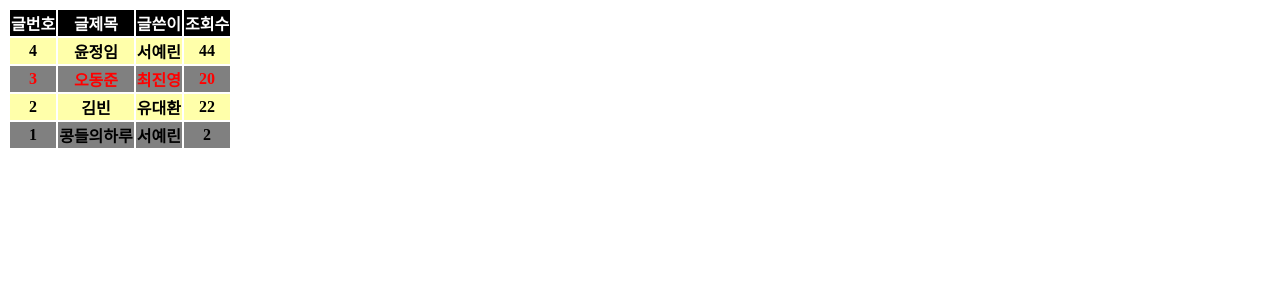
Repository: YERIN0531/SEOYERIN_WEBPRO
Page: gitSource/07_jQuery/jq01/WebContent/06_게시판eq.html
The author's editor kept a copy of each file at every save. The page is drawn from the files as they stood at one save, then again after the next save.
The browser window is 1280 px wide. The pictures show the whole page.

Above is the page before, as saved 2022-06-21 01:56:15.

### gitSource/07_jQuery/jq01/WebContent/06_게시판eq.html
<!DOCTYPE html>
<html>
<head>
<meta charset="utf-8">
<title>Insert title here</title>
<script src="https://code.jquery.com/jquery-3.6.0.min.js"></script>
<script>
 $(document).ready(function(){
	 $('tr:even').css('background-color','gray'); //0번째부터 시작 //even : 짝수번째
	 $('tr:odd').css('backgroundColor','#FFFFAA'); //odd 홀수번쨰
	 $('tr:nth-child(3n)').css('color','red'); //1부터 시작
	 $('tr:eq(0)').css('background-color','black').css('color','white');
 });
</script>
</head>
<body>
	<table>
		<tr><th>글번호</th><th>글제목</th><th>글쓴이</th><th>조회수</th></tr>
		<tr><th>4</th><th>윤정임</th><th>서예린</th><th>44</th></tr>
		<tr><th>3</th><th>오동준</th><th>최진영</th><th>20</th></tr>
		<tr><th>2</th><th>김빈</th><th>유대환</th><th>22</th></tr>
		<tr><th>1</th><th>콩들의하루</th><th>서예린</th><th>2</th></tr>
	</table>
</body>
</html>

After the next save:
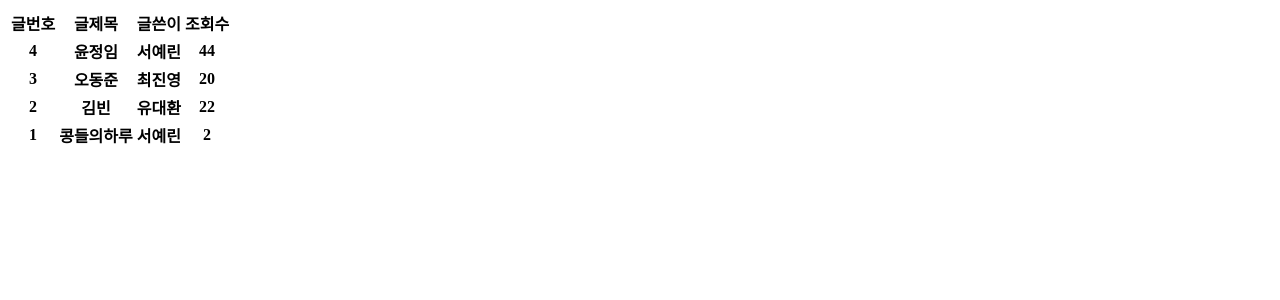
Saved 5 min 32 s later.
--- a/gitSource/07_jQuery/jq01/WebContent/06_게시판eq.html
+++ b/gitSource/07_jQuery/jq01/WebContent/06_게시판eq.html
@@ -6,10 +6,11 @@
 <script src="https://code.jquery.com/jquery-3.6.0.min.js"></script>
 <script>
  $(document).ready(function(){
-	 $('tr:even').css('background-color','gray'); //0번째부터 시작 //even : 짝수번째
-	 $('tr:odd').css('backgroundColor','#FFFFAA'); //odd 홀수번쨰
-	 $('tr:nth-child(3n)').css('color','red'); //1부터 시작
-	 $('tr:eq(0)').css('background-color','black').css('color','white');
+	 //tr을 클릭하면 tr의 자식들 중 eq(0)번쨰 아이의 텍스트를 가지고 오게끔
+	$('tr').click(function(){// html로 가져오든 text로 가져오든 지금 같은 경우엔 상관없음
+		var no = $(this).children().eq(0).text();
+	alert(no);
+	});
  });
 </script>
 </head>
